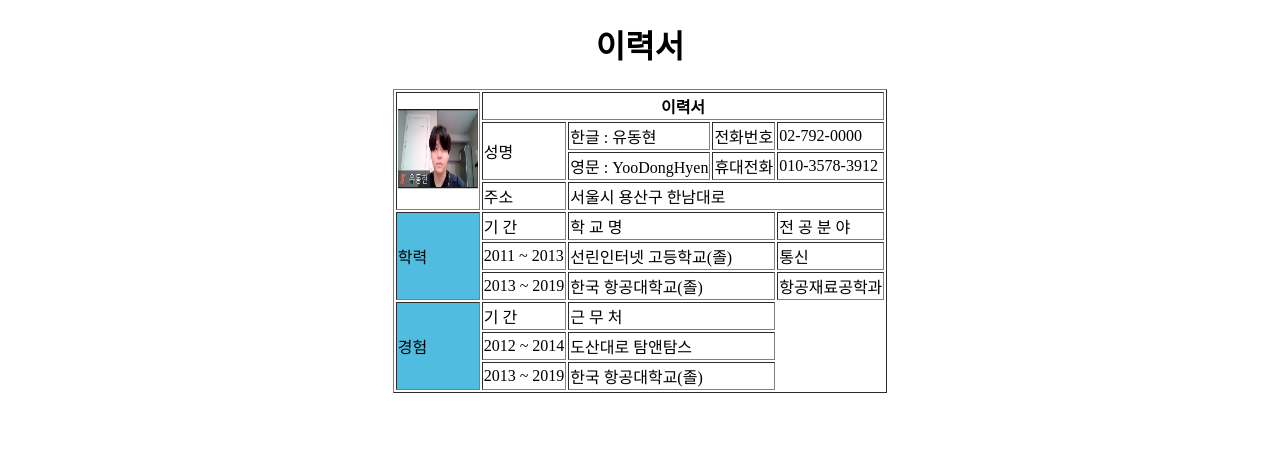
Repository: DongHyenYoo/DongHyen
Page: JdbcStudy/HTMLTEST/WebContent/resume.html
The author's editor kept a copy of each file at every save. The page is drawn from the files as they stood at one save, then again after the next save.
The browser window is 1280 px wide. The pictures show the whole page.

Above is the page before, as saved 2022-09-23 08:37:39.

After the next save:
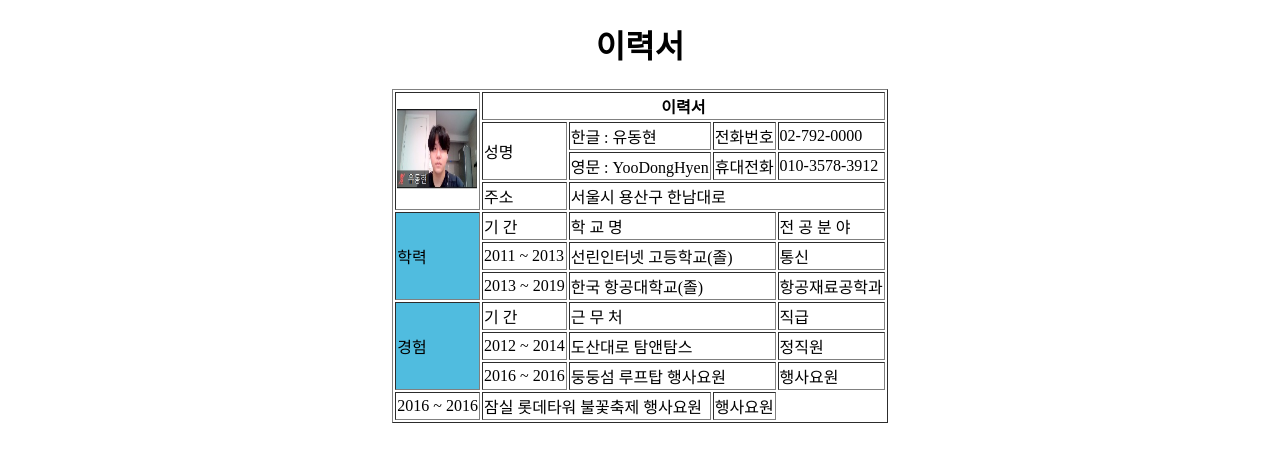
Saved 94 s later.
--- a/JdbcStudy/HTMLTEST/WebContent/resume.html
+++ b/JdbcStudy/HTMLTEST/WebContent/resume.html
@@ -37,17 +37,20 @@
 
 
 <tr>
- <td rowspan = "3" bgcolor="#50BCDF">경험</td> <td>기&nbsp;간</td> <td colspan="2">근&nbsp;무&nbsp;처</td>
+ <td rowspan = "3" bgcolor="#50BCDF">경험</td> <td>기&nbsp;간</td> <td colspan="2">근&nbsp;무&nbsp;처</td> <td>직급</td>
 </tr>
 
 <tr>
- <td>2012 ~ 2014</td>  <td colspan="2">도산대로 탐앤탐스</td>
+ <td>2012 ~ 2014</td>  <td colspan="2">도산대로 탐앤탐스</td> <td>정직원</td>
 </tr>
 
 <tr>
- <td>2013 ~ 2019</td> <td colspan="2">한국 항공대학교(졸)</td>
+ <td>2016 ~ 2016</td> <td colspan="2">둥둥섬 루프탑 행사요원</td> <td>행사요원</td>
 </tr>
 
+<tr>
+ <td>2016 ~ 2016</td> <td colspan="2">잠실 롯데타워 불꽃축제 행사요원</td> <td>행사요원</td>
+</tr>
 
 </table>
 </body>
